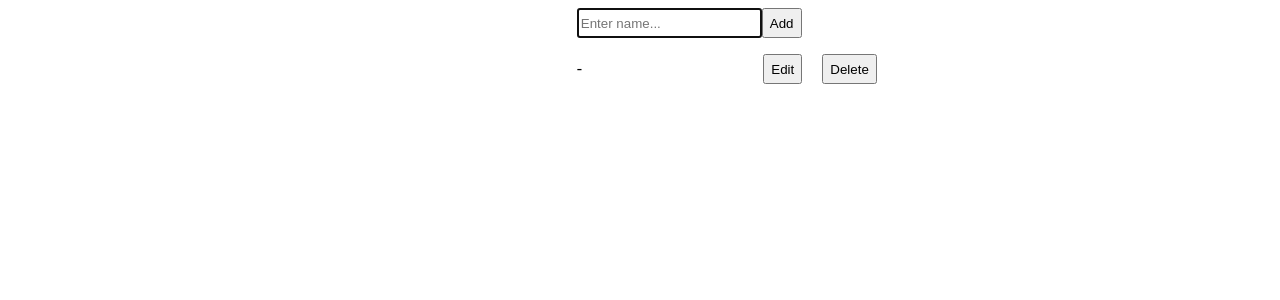
Repository: dohuuxuyen/redux-todolist
Page: /, after clicking the first element matching `button`
These files come from the project's save history. The page is drawn as it stood at one moment and after the next save; the edit follows.
The browser window is 1280 px wide. The pictures show the whole page.
The project was rebuilt for these pictures with package versions that can differ from the ones it lists, and the page was loaded fresh each time. Also part of the build but not shown: src/App.css.

Above is the page before, as saved 2022-04-30 14:08:25.

### src/index.js
import React from "react";
import ReactDOM from "react-dom/client";
import { Provider } from "react-redux";
import App from "./App";
import store from "./redux/store";

const root = ReactDOM.createRoot(document.getElementById("root"));
root.render(
  <Provider store={store}>
    <App />
  </Provider>
);

### src/App.js
import "./App.css";
import Todos from "./components/Todos/Todos";

function App() {
  return (
    <div className="App">
      <Todos />
    </div>
  );
}

export default App;

### src/components/Todos/Todos.jsx
import React, { useRef } from "react";
import { useDispatch, useSelector } from "react-redux";
import { addTodos, deleteTodos, setTodoInput } from "../../redux/actions";
import { todoInputSelector, todosSelector } from "../../redux/selector";

const Todos = () => {
  const refTodoInput = useRef();
  const todoInput = useSelector(todoInputSelector);
  const todos = useSelector(todosSelector);
  const dispatch = useDispatch();
  console.log(todos);

  const handleTodoInputChange = (e) => {
    dispatch(setTodoInput(e.target.value));
  };

  const handleAdd = () => {
    dispatch(addTodos(todoInput));
    dispatch(setTodoInput(""));
    refTodoInput.current.focus();
  };
  console.log(todoInput);

  const handleDelete = (index) => {
    dispatch(deleteTodos(index));
  };
  return (
    <div style={{ width: "300px", marginLeft: "45%" }}>
      <input
        style={{ height: "24px" }}
        ref={refTodoInput}
        value={todoInput}
        type="text"
        placeholder="Enter name..."
        onChange={handleTodoInputChange}
      />
      <button style={{ height: "30px" }} onClick={handleAdd}>
        Add
      </button>
      <ul style={{ maxWidth: "300px", paddingLeft: 0 }}>
        {todos.map((todo, index) => (
          <li style={{ display: "flex", marginBottom: "20px" }} key={index}>
            <p
              style={{
                flex: "1",
                margin: "0",
                alignSelf: "center",
                width: "100px",
                flexWrap: "wrap",
              }}
            >
              - {todo}
            </p>
            <button
              style={{ marginLeft: "20px", height: "30px" }}
              onClick={() => handleDelete(index)}
            >
              Edit
            </button>
            <button
              style={{ marginLeft: "20px", height: "30px" }}
              onClick={() => handleDelete(index)}
            >
              Delete
            </button>
          </li>
        ))}
      </ul>
    </div>
  );
};

export default Todos;

### src/redux/reducer.js
import { combineReducers } from "redux";
import todosReducer from "../components/Todos/todosReducer";

const rootReducer = combineReducers({
  todos: todosReducer,
});

export default rootReducer;

### src/redux/actions.js
export const searchFilter = (payload) => {
  return {
    type: "Filter/SEARCH_FILTER",
    payload: payload,
  };
};

export const setTodoInput = (payload) => {
  return {
    type: "Todos/SET_TODO_INPUT",
    payload: payload,
  };
};

export const addTodos = (payload) => {
  return {
    type: "Todos/ADD_TODOS",
    payload: payload,
  };
};

export const deleteTodos = (payload) => {
  return {
    type: "Todos/DELETE_TODOS",
    payload: payload,
  };
};

export const clearTodos = (payload) => {
  return {
    type: "Todos/CLEAR_TODOS",
    payload: payload,
  };
};

export const updateTodos = (payload) => {
  return {
    type: "Todos/UPDATE_TODOS",
    payload: payload,
  };
};

### src/redux/selector.js
export const todoInputSelector = (state) => state.todos.todoInput;
export const todosSelector = (state) => state.todos.todos;

### src/components/Todos/todosReducer.js
const initialState = {
  todoInput: "",
  todos: [],
};

const todosReducer = (state = initialState, action) => {
  switch (action.type) {
    case "Todos/SET_TODO_INPUT":
      return {
        ...state,
        todoInput: action.payload,
      };
    case "Todos/ADD_TODOS":
      return {
        ...state,
        todos: [...state.todos, action.payload],
      };
    case "Todos/DELETE_TODOS":
      return {
        ...state,
        todos: [
          ...state.todos.filter((todo, index) => index !== action.payload),
        ],
      };
    default:
      return state;
  }
};

export default todosReducer;

Loaded but not shown: public/index.html (common file); src/redux/store.js (common file)

After the next save:
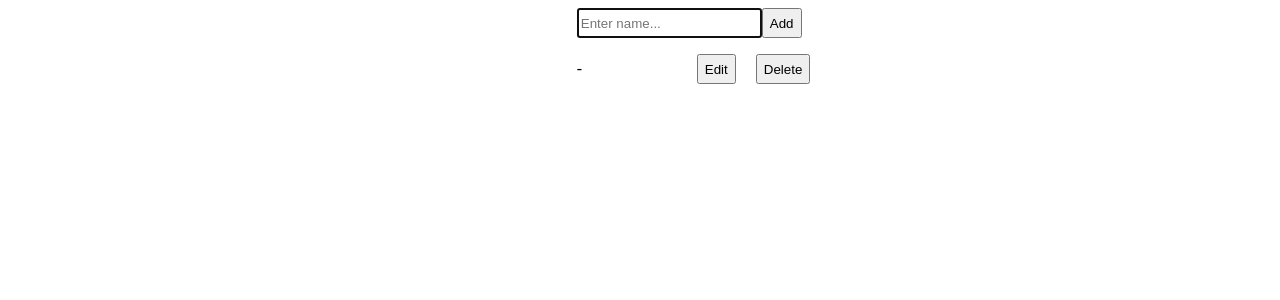
Saved 14 s later.
--- a/src/components/Todos/Todos.jsx
+++ b/src/components/Todos/Todos.jsx
@@ -45,7 +45,7 @@
                 flex: "1",
                 margin: "0",
                 alignSelf: "center",
-                width: "100px",
+                maxWidth: "100px",
                 flexWrap: "wrap",
               }}
             >

After the 2 saves that followed:
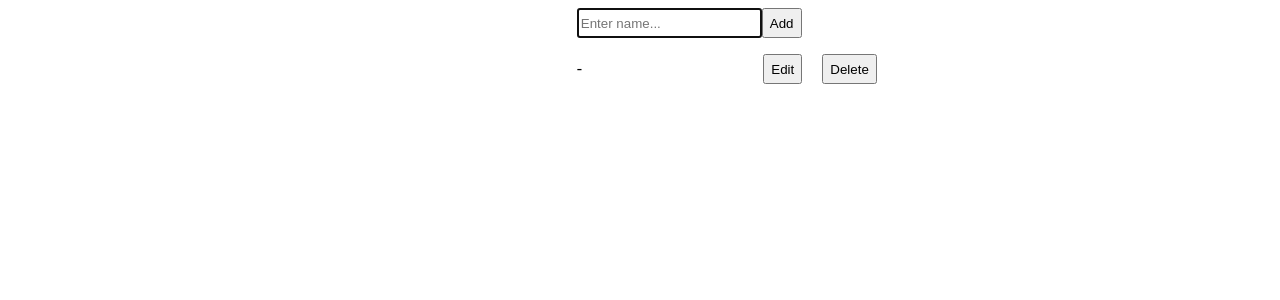
The 2 saves are shown as one change because they came seconds apart.
The last was saved 13 s later.
--- a/src/components/Todos/Todos.jsx
+++ b/src/components/Todos/Todos.jsx
@@ -45,7 +45,7 @@
                 flex: "1",
                 margin: "0",
                 alignSelf: "center",
-                maxWidth: "100px",
+                width: "100px",
                 flexWrap: "wrap",
               }}
             >
